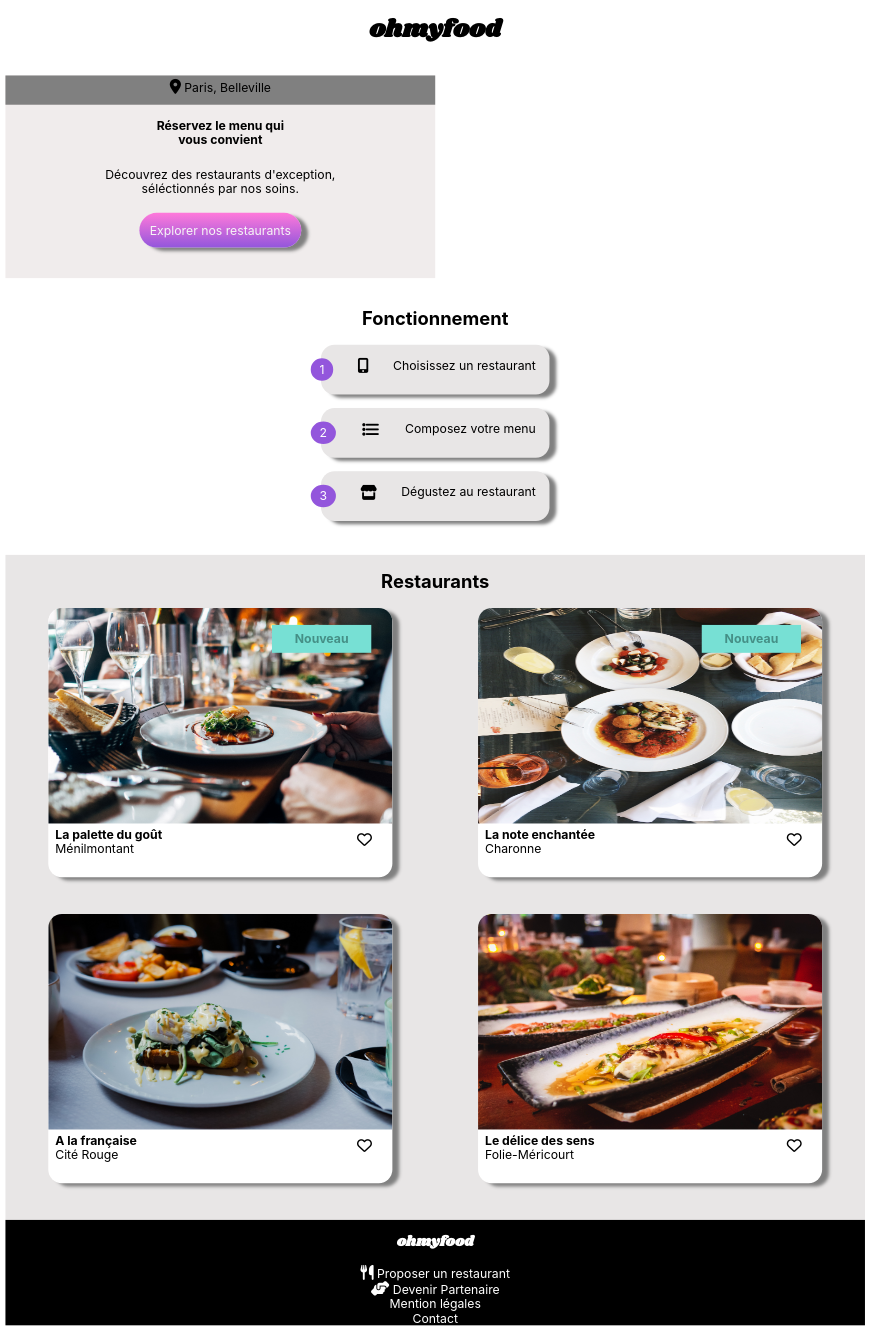
Repository: yacinebouk/ohmyfood
Page: index.html
An editor plug-in stored every save of this project. The page is shown before and after the next save, followed by the edit.
The browser window is 1280 px wide. The pictures show the whole page, at 68% of full size.
Some web libraries are served in a nearby version. The style sheet was rebuilt from its Sass, Less or Tailwind sources for each picture, by a compiler version that may differ from the author's.

Above is the page before, as saved 2022-07-15 11:15:11.

### index.html
<!DOCTYPE html>
<html lang="fr">

<head>
    <script src="https://kit.fontawesome.com/225bbe1e2d.js" crossorigin="anonymous"></script>
    <meta charset="utf-8" />
    <title>ohmyfood</title>
    <link rel="stylesheet" href="css/styles.css" />
    <meta name="viewport" content="width=device-width, initial-scale=1">
</head>

<body>
    <div class="hide">
        <div class="loader"></div>
    </div>
    <main>
        <header>
            <h1 class="Tittle">ohmyfood</h1>
            <div class="row">
                <div class="search">
                    <div class="town"> <span><i class="fa-solid fa-location-dot"></i></span> Paris, Belleville</div>
                    <div class="reservation"> <b> Réservez le menu qui <br> vous convient</b> </div>
                    <div class="discover">Découvrez des restaurants d'exception, <br> séléctionnés par nos soins.</div>
                    <div class="explore">
                        <span class="explore-text">Explorer nos restaurants</span>
                    </div>
                </div>
        </header>
        <section class="section-working">
            <div class="working">
                <h2>Fonctionnement</h2>
                <div class="choose">
                    <div class="number">1</div>
                    <div class="logo-work"> <i class="fa-solid fa-mobile-screen-button"></i></div>
                    <div class="text-work"> Choisissez un restaurant</div>
                </div>
                <div class="compose">
                    <div class="number">2</div>
                    <div class="logo-work"><i class="fa-solid fa-ellipsis-vertical"><i class="fa-solid fa-bars"></i></i>
                    </div>
                    <div class="text-work"> Composez votre menu</div>
                </div>
                <div class="taste">
                    <div class="number">3</div>
                    <div class="logo-work"><i class="fa-solid fa-store"></i>
                    </div>
                    <div class="text-work"> Dégustez au restaurant</div>
                </div>
            </div>
        </section>
        <section class="section-restaurant">
            <div class="restaurant">
                <h2>Restaurants</h2>
                <div class="block-restaurant">
                    <div class="border-restaurant">
                        <div class="block-picture">
                            <div class="new"><b>Nouveau</b></div>
                            <div class="picture-restaurant"> <img src="./images/restaurants/jay-wennington-N_Y88TWmGwA-unsplash.jpg" style="height:100%;width: 100%" alt="Ohmyfood"></div>
                        </div>
                        <div class="block-text">
                            <div class="text">
                                <a href="./palette.html">
                                    <div class="title-restaurant"><b> La palette du goût</b>
                                    </div>
                                    <div class="place-restaurant"> Ménilmontant</div>
                                </a>
                            </div>
                            <div class="heart">
                                <button>
                                <span class="heart-regular"><i class="fa-regular fa-heart"></i></span>
                                <span class="heart-solid"><i class="fa-solid fa-heart"></i></span>
                                </button>
                            </div>
                        </div>
                    </div>
                    <div class="border-restaurant">
                        <div class="block-picture">
                            <div class="new"><b>Nouveau</b></div>
                            <div class="picture-restaurant"> <img src="./images/restaurants/stil-u2Lp8tXIcjw-unsplash.jpg" style="height:100%;width: 100%" alt="Ohmyfood"></div>
                        </div>
                        <div class="block-text">
                            <div class="text">
                                <a href="./noteenchanté.html">
                                    <div class="title-restaurant"><b> La note enchantée</b>
                                    </div>
                                    <div class="place-restaurant"> Charonne</div>
                                </a>
                            </div>
                            <div class="heart">
                                <button>
                                <span class="heart-regular"><i class="fa-regular fa-heart"></i></span>
                                <span class="heart-solid"><i class="fa-solid fa-heart"></i></span>
                                </button>
                            </div>
                        </div>
                    </div>
                    <div class="border-restaurant">
                        <div class="block-picture">
                            <div class="picture-restaurant"> <img src="./images/restaurants/toa-heftiba-DQKerTsQwi0-unsplash.jpg" style="height:100%;width: 100%" alt="Ohmyfood"></div>
                        </div>
                        <div class="block-text">
                            <div class="text">
                                <a href="./francaise.html">
                                    <div class="title-restaurant"><b>A la française</b>
                                    </div>
                                    <div class="place-restaurant"> Cité Rouge</div>
                                </a>
                            </div>
                            <div class="heart">
                                <button>
                                <span class="heart-regular"><i class="fa-regular fa-heart"></i></span>
                                <span class="heart-solid"><i class="fa-solid fa-heart"></i></span>
                                </button>
                            </div>
                        </div>
                    </div>
                    <div class="border-restaurant">
                        <div class="block-picture">
                            <div class="picture-restaurant"> <img src="./images/restaurants/louis-hansel-shotsoflouis-qNBGVyOCY8Q-unsplash.jpg" style="height:100%;width: 100%" alt="Ohmyfood"></div>
                        </div>
                        <div class="block-text">
                            <div class="text">
                                <a href="./ledélice.html">
                                    <div class="title-restaurant"><b>Le délice des sens</b></div>
                                    <div class="place-restaurant">Folie-Méricourt</div>
                                </a>
                            </div>
                            <div class="heart">
                                <button>
                                <span class="heart-regular"><i class="fa-regular fa-heart"></i></span>
                                <span class="heart-solid"><i class="fa-solid fa-heart"></i></span>
                                </button>
                            </div>
                        </div>
                    </div>
                </div>
            </div>
        </section>
        <footer>
            <div class="frame-end">
                <h3 class="little-tittle">ohmyfood </h3>
                <div class="end">
                    <div class="propose"> <i class="fa-solid fa-utensils"></i> Proposer un restaurant</div>
                    <div class="partner"> <i class="fa-solid fa-handshake-angle"></i> Devenir Partenaire</div>
                    <div class="mention">Mention légales</div>
                    <div class="contact">
                        <a href="mailto:yacineboukhari@hotmail.com">Contact</a></div>
                </div>
            </div>
        </footer>
    </main>
</body>

### style/styles.scss
main {
    font-size: 18px;
    font-family: -apple-system, BlinkMacSystemFont, 'Segoe UI', Roboto, Oxygen, Ubuntu, Cantarell, 'Open Sans', 'Helvetica Neue', sans-serif;
}

@font-face {
    font-family: 'Shrikhand';
    src: url('../language/Shrikhand-Regular.otf');
}

h1 {
    font-family: 'Shrikhand';
}

h3 {
    font-family: 'Shrikhand';
}

h2 {
    text-align: center;
}

header {
    text-align: center;
}

@mixin shadow {
    box-shadow: grey 10px 5px 5px;
}

@mixin block {
    display: flex;
    flex-direction: row;
    justify-content: space-between;
    padding-bottom: 40px;
    @include shadow;
    background-color: rgb(232, 230, 230);
    border-radius: 20px 20px;
    padding: 20px 20px 20px 0px;
    width: 25%;
    margin: auto;
}

.logo-img {
    padding-bottom: 20px;
}

.row {
    display: flex;
    flex-direction: row;
}

.search {
    margin-right: 25%;
    background-color: rgb(240, 236, 236);
    padding-bottom: 20px;
    width: 50%;
}

.town {
    padding-bottom: 15px;
    border-bottom: lightgray 2px;
    padding-top: 5px;
    background-color: grey;
}

.reservation {
    padding-top: 20px;
    padding-bottom: 30px
}

.discover {
    padding-bottom: 40px;
}

.explore {
    padding-bottom: 40px;
}

.explore span {
    @include shadow;
    background: linear-gradient(#FF79DA, #9356DC);
    border-radius: 50px 50px;
    padding: 15px;
    color: #f6f6f6;
}

.working {
    padding-top: 20px;
    display: flex;
    justify-content: center;
    flex-direction: column;
}

.number {
    border: #9356DC solid;
    border-radius: 50%;
    background-color: #9356DC;
    padding: 3px 10px 3px 10px;
    color: white;
    margin-left: -15px;
}

.choose {
    @include block;
    margin-bottom: 20px;
    &:hover {
        .logo-work {
            color: #9356DC;
        }
        background-color: #d8cee4;
    }
}

.compose {
    @include block;
    margin-bottom: 20px;
    &:hover {
        .logo-work {
            color: #9356DC;
        }
        background-color: #d8cee4;
    }
}

.taste {
    @include block;
    margin-bottom: 50px;
    &:hover {
        .logo-work {
            color: #9356DC;
        }
        background-color: #d8cee4;
    }
}

.section-restaurant {
    display: flex;
    flex-direction: column;
    background-color: rgb(232, 230, 230);
}

h1 {
    text-align: center;
    padding-bottom: 20px;
}

.block-restaurant {
    display: flex;
    flex-wrap: wrap;
    height: 900px;
    width: 100%;
    justify-content: space-around;
}

.border-restaurant {
    width: 40%;
    height: 44%;
    overflow: hidden;
    @include shadow;
    background-color: white;
    border-radius: 20px 20px;
}

.picture-restaurant {
    height: 80%;
}

.text {
    padding-left: 10px;
    display: flex;
    flex-direction: column;
    width: 100%;
}

.text a {
    text-decoration: none black;
    color: black;
}

.block-text {
    display: flex;
    place-items: flex-end;
    justify-content: space-between;
}

.heart {
    height: 100%;
    width: 100px;
    margin-bottom: auto;
    min-height: 48px;
    display: flex;
    justify-content: center;
    align-items: center;
    cursor: pointer;
    button {
        height: 100%;
        background-color: transparent;
        background-repeat: no-repeat;
        display: flex;
        justify-content: center;
        align-items: center;
        cursor: pointer;
        border: none;
        cursor: pointer;
        overflow: hidden;
        outline: none;
        &:focus {
            .heart-solid {
                animation: 3s colorin;
                display: flex;
            }
            .heart-regular {
                display: none;
            }
        }
    }
}

.heart-solid {
    display: none;
    font-weight: 900;
    background-clip: text;
    -webkit-background-clip: text;
    -moz-background-clip: text;
    background-image: linear-gradient(#9356DC, #FF79DA);
    -webkit-text-fill-color: transparent;
}

i {
    font-size: 22px;
}

@keyframes colorin {
    0% {
        visibility: hidden;
        opacity: 0;
    }
    100% {
        visibility: visible;
        opacity: 1;
    }
}

@keyframes fadeIn {
    0% {
        visibility: visible;
        opacity: 1;
    }
    100% {
        visibility: hidden;
        opacity: 0;
    }
}

.loader {
    border: 10px solid #f3f3f3;
    border-top: 10px solid red;
    border-bottom: 10px solid blue;
    border-radius: 50%;
    width: 100px;
    height: 100px;
    margin: auto;
    position: absolute;
    top: 0;
    left: 0;
    right: 0;
    bottom: 0;
    -webkit-animation: spin 1.5s linear infinite;
    -o-animation: spin 1.5s linear infinite;
    animation: spin 1.5s linear infinite;
}

.hide {
    animation: 2s fadeIn;
    animation-fill-mode: forwards;
}

main {
    animation: 2s fadeOut;
}

@keyframes fadeOut {
    0% {
        visibility: hidden;
        opacity: 0;
    }
    100% {
        visibility: visible;
        opacity: 1;
    }
}

@keyframes fadeIn {
    0% {
        visibility: visible;
        opacity: 1;
    }
    100% {
        visibility: hidden;
        opacity: 0;
    }
}

@keyframes spin {
    0% {
        transform: rotate(0deg);
    }
    100% {
        transform: rotate(360deg);
    }
}

.frame-end {
    text-align: center;
    background-color: black;
    color: white;
    display: flex;
    flex-direction: column;
}

.little-picture {
    height: 20px;
}

.contact a {
    text-decoration: none white;
    color: white;
}

.block-picture {
    position: relative;
    height: 80%;
}

.picture-restaurant {
    height: 100%;
}

.new {
    color: rgb(69, 143, 134);
    background-color: rgb(119, 224, 212);
    width: 25%;
    position: absolute;
    text-align: center;
    margin-left: 65%;
    margin-top: 5%;
    padding: 10px;
}

@media screen and (min-width: 320px) and (max-width: 768px) {
    main {
        font-size: 20px;
    }
    body {
        margin: 0;
        width: 100%;
    }
    header {
        width: 100%;
    }
    .logo-img {
        padding-bottom: 10px;
    }
    .search {
        border: none;
        margin: 0;
        width: 100%;
    }
    .town {
        padding-top: 5px;
        background-color: rgb(216, 214, 214);
        border-bottom: none;
        border-top: solid 2px grey;
    }
    .reservation {
        font-size: 24px;
        padding-bottom: 20px;
    }
    h1 {
        text-align: center;
    }
    h2 {
        text-align: initial;
    }
    h3 {
        margin-left: 20px;
    }
    .working {
        margin-left: 20px;
    }
    .choose {
        margin-left: 0;
        width: 90%;
    }
    .compose {
        margin-left: 0;
        width: 90%;
    }
    .taste {
        margin-left: 0;
        width: 90%;
    }
    .restaurant {
        margin-left: 20px;
    }
    .block-restaurant {
        height: auto;
        justify-content: unset;
    }
    .border-restaurant {
        width: 95%;
        height: 40%;
        margin-bottom: 20px;
    }
    .picture-restaurant {
        height: 200px;
        width: 100%;
    }
    .block-text {
        padding: 10px;
    }
    .frame-end {
        text-align: initial;
    }
    .end {
        display: flex;
        justify-content: space-around;
        flex-direction: column;
        margin-left: 20px;
    }
    .contact {
        padding-bottom: 20px;
    }
}

@media screen and (min-width: 769px) and (max-width: 991px) {
    .choose {
        width: 32%;
        margin-left: 34%;
    }
    .compose {
        width: 32%;
        margin-left: 34%;
    }
    .taste {
        width: 32%;
        margin-left: 34%;
    }
}

After the next save:
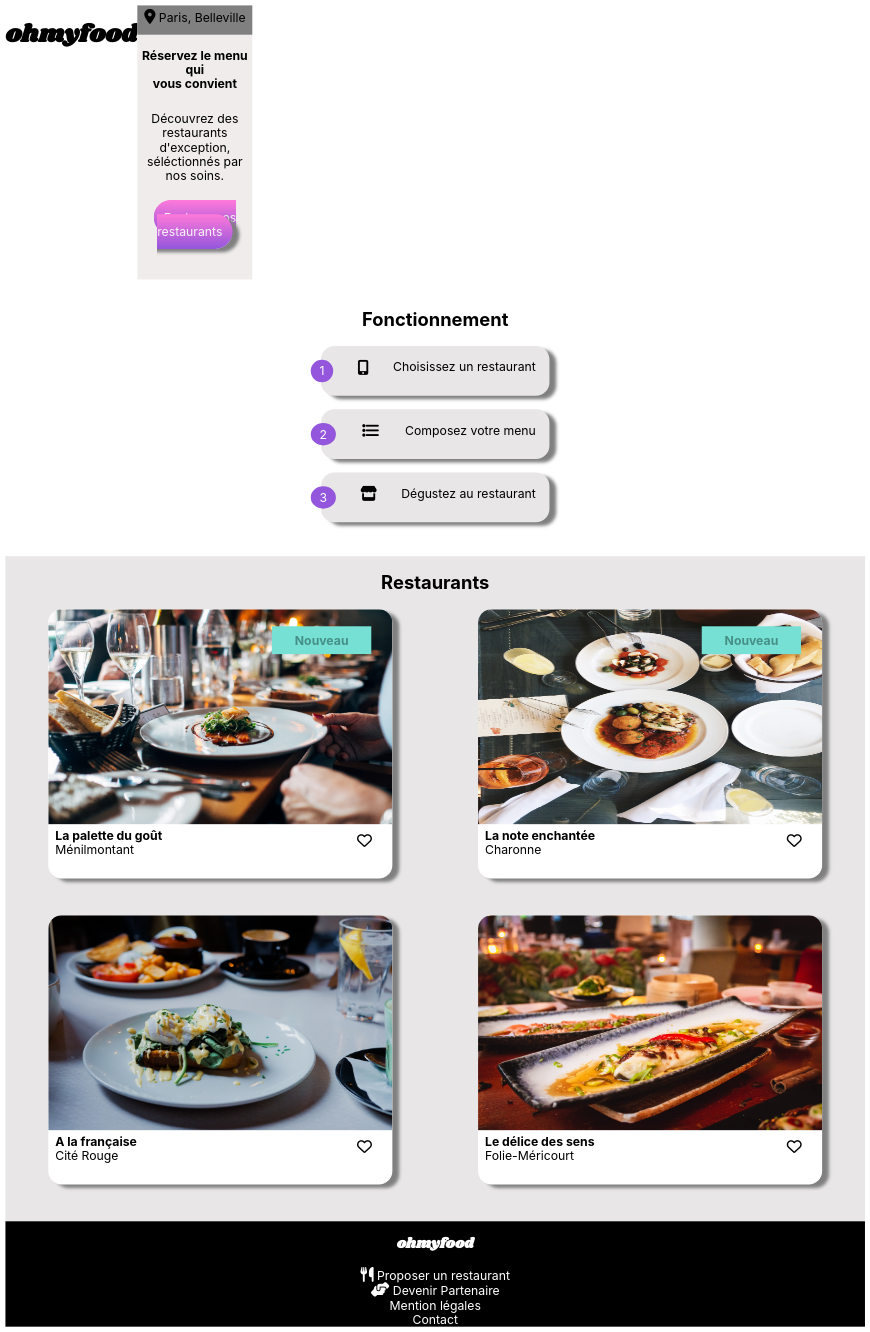
Saved 98 s later.
--- a/style/styles.scss
+++ b/style/styles.scss
@@ -45,7 +45,7 @@ header {
     padding-bottom: 20px;
 }
 
-.row {
+header {
     display: flex;
     flex-direction: row;
 }
